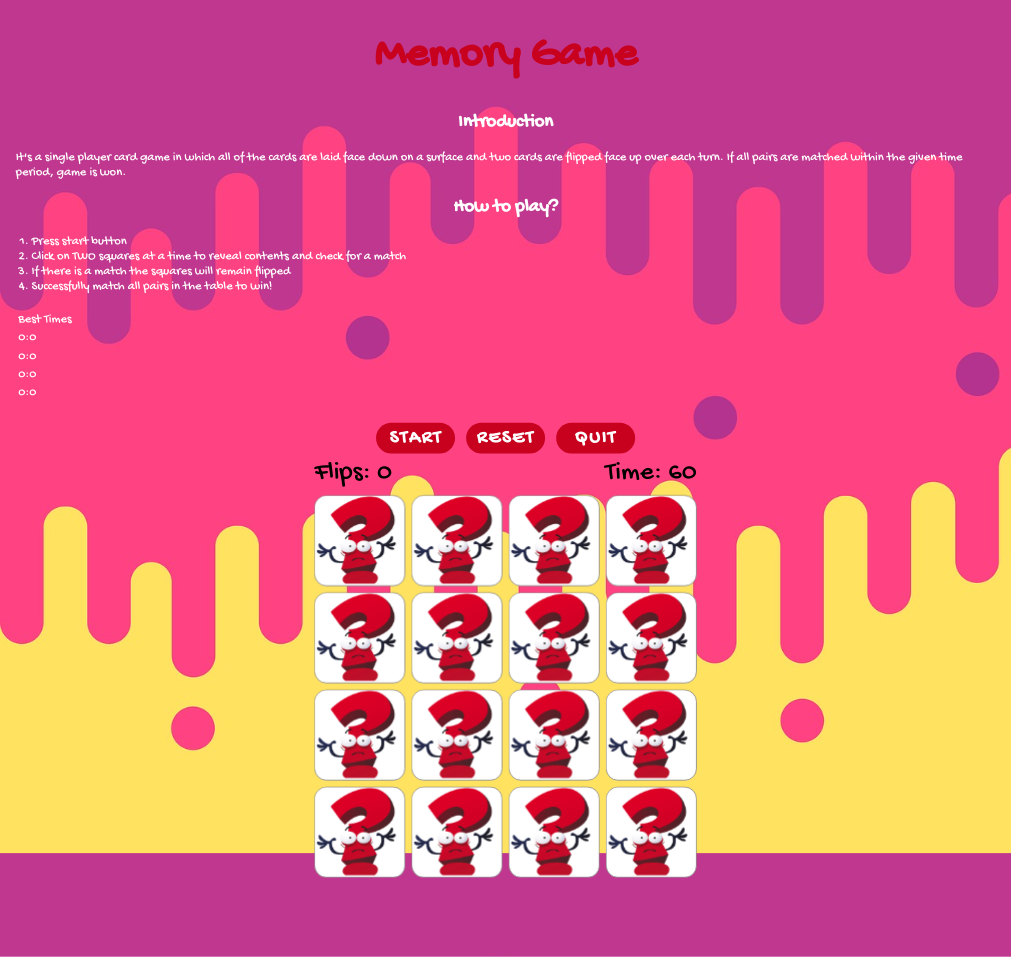
Repository: lauramika/Memory-Game
Page: index.html
The author's editor kept a record of every edit. The page is drawn from the files as they stood at one moment, then again after the next edit.
The browser window is 1280 px wide. The pictures show the whole page, at 79% of full size.

Above is the page before.

After the next edit:
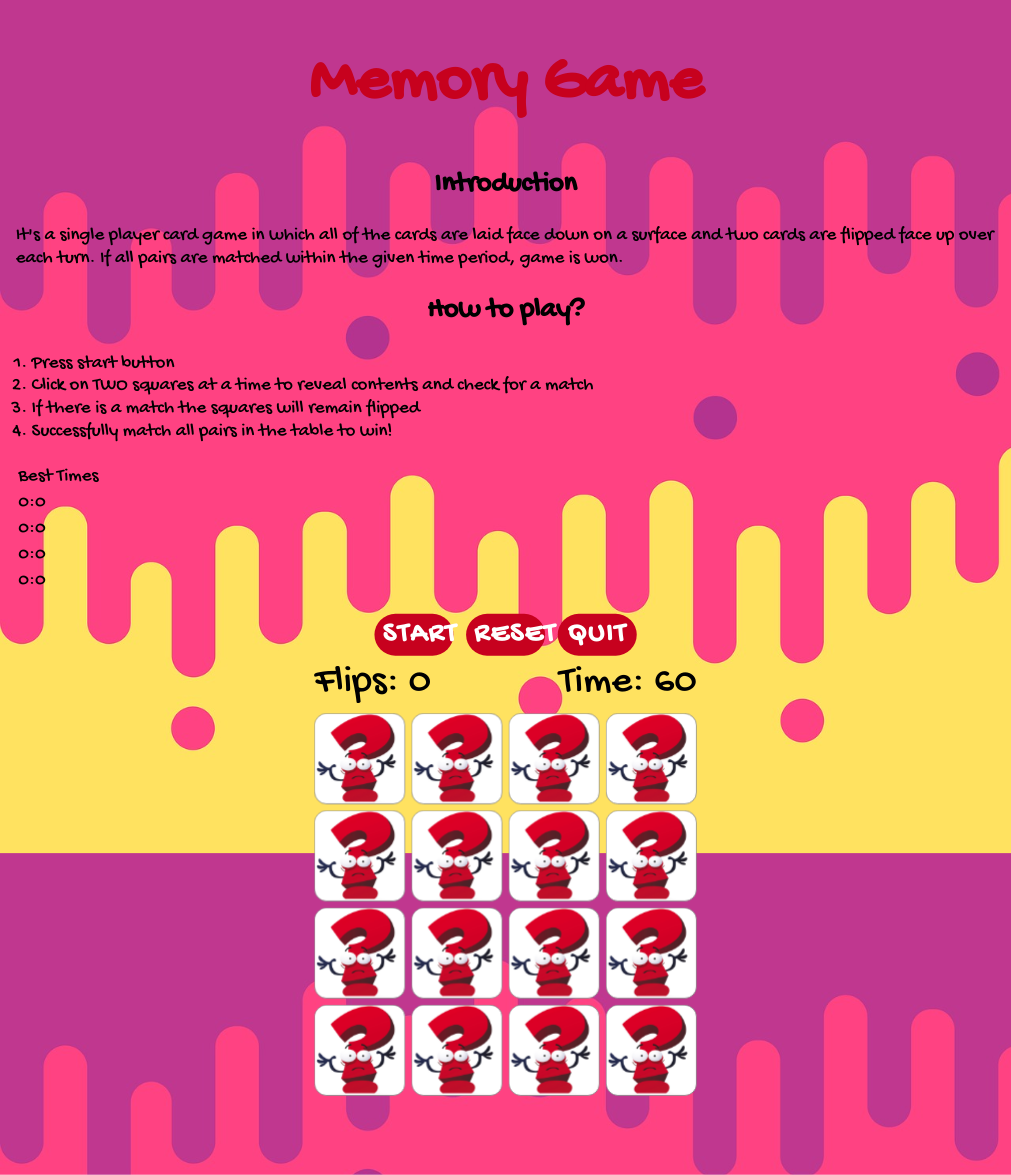
The edit:
--- a/style.css
+++ b/style.css
@@ -11,7 +11,8 @@
    /* background: radial-gradient(#66D3FA ,#0b1e20);*/
      background-image: url("images/background-3147808_1920.jpg");
     font-family: 'Gochi Hand', cursive;
-    color: white;
+    color: black;
+    font-size: 1.5em;
 }
 h2 {
     text-align: center;
